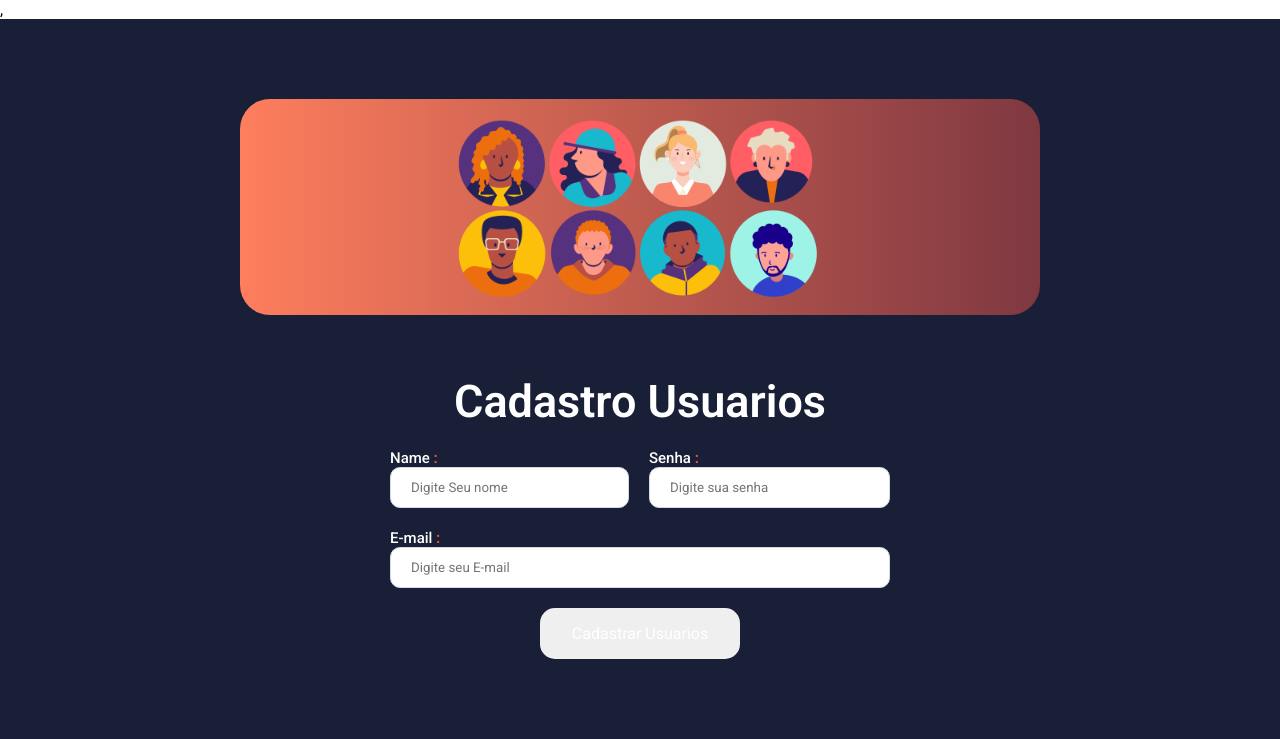
Repository: lcluizrj/meu-projeto-vscode
Page: / (app in cadastro-usuarios-devclub/)
These files come from the project's save history. The page is drawn as it stood at one moment and after the next save; the edit follows.
The browser window is 1280 px wide. The pictures show the whole page.
The project was rebuilt for these pictures with package versions that can differ from the ones it lists, and the page was loaded fresh each time. Also part of the build but not shown: cadastro-usuarios-devclub/vite.config.js.

Above is the page before, as saved 2026-08-15 17:32:14.

After the next save:
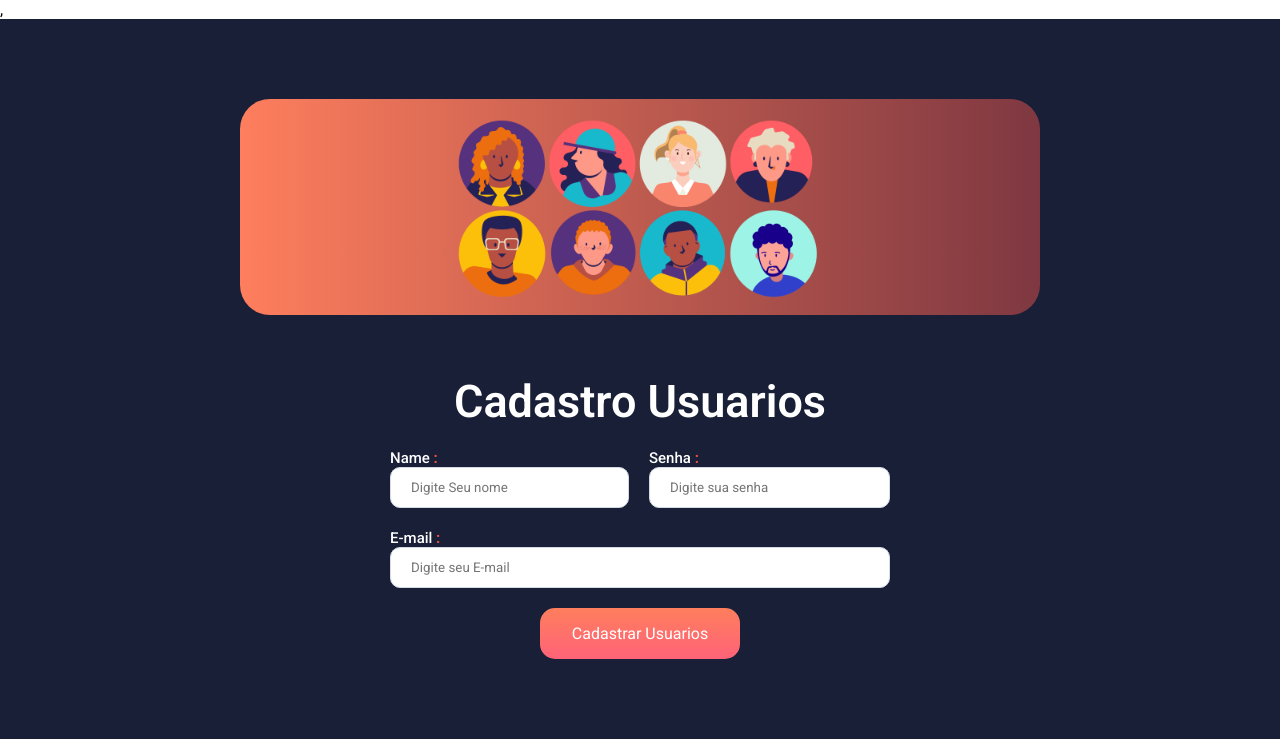
Saved 32 s later.
--- a/cadastro-usuarios-devclub/src/styles.js
+++ b/cadastro-usuarios-devclub/src/styles.js
@@ -72,7 +72,7 @@ span {
 export const Button = styled.button `
       border-radius: 15px;
       border:none;
-      background-color:linear-gradient(180deg,#fe7e5d 0%, #ff6378 100%);
+      background:linear-gradient(180deg,#fe7e5d 0%, #ff6378 100%);
       font-size: 16px;
       color: #FFF;
       padding: 16px 32px;
